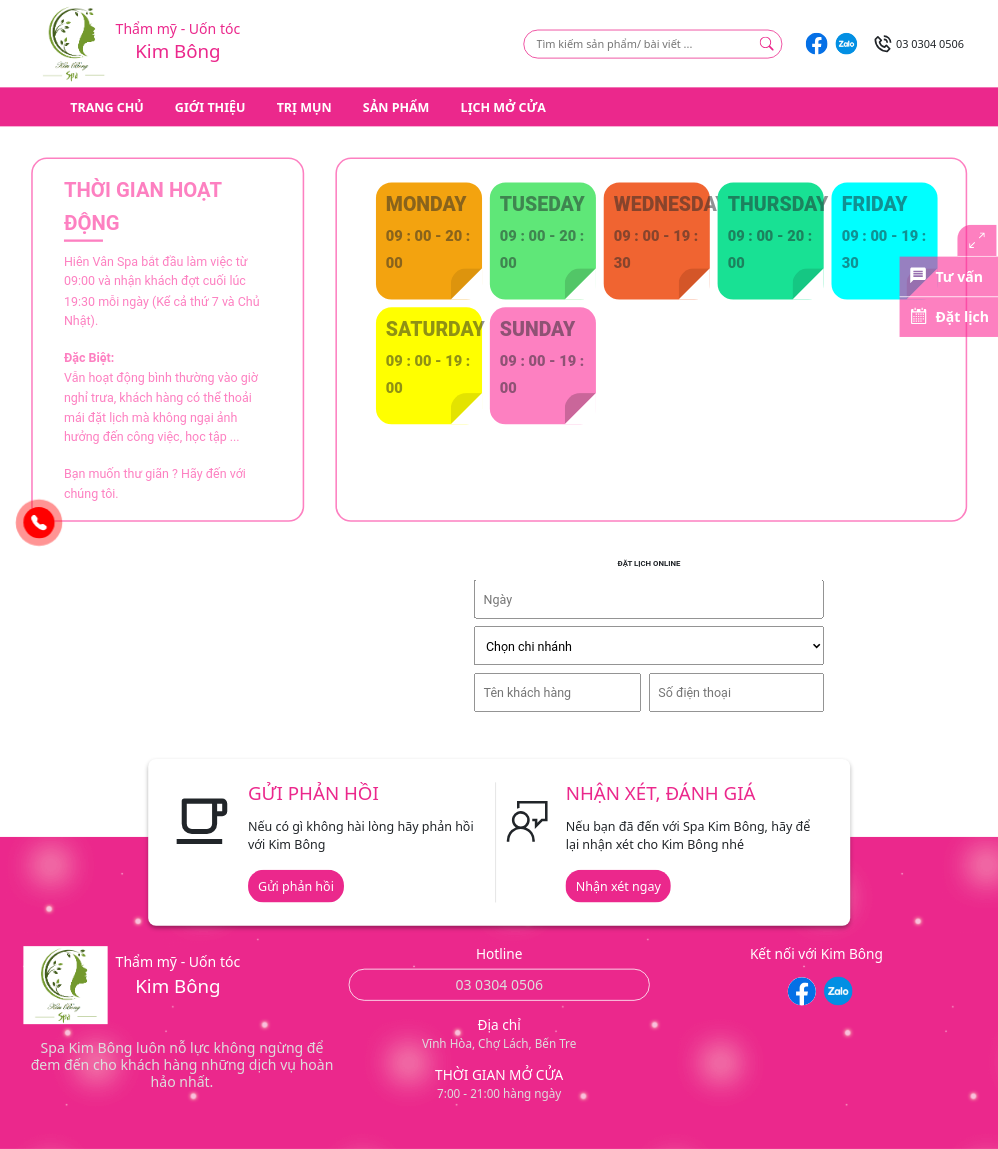
Repository: tranduykhuong/SpaKimBong
Page: /calendar
An editor plug-in stored every save of this project. The page is shown before and after the next save, followed by the edit.
The browser window is 1280 px wide. The pictures show the whole page, at 78% of full size.
The project was rebuilt for these pictures with package versions that can differ from the ones it lists, and the page was loaded fresh each time. Also part of the build but not shown: src/components/Banner/banner.scss, src/components/Banner/Banner.js, src/pages/Home/home.scss, src/pages/Home/ListImage/listImage.scss, src/pages/Home/ListImage/ListImage.js, src/pages/Home/BookOnline/bookOnl.scss, src/pages/Home/BookOnline/Modal/ModalBook/modalbook.scss, src/pages/Home/BookOnline/Modal/ModalBook/modalbook.js and 24 more.

Above is the page before, as saved 2022-06-07 22:59:19.

### src/components/BackToTop/BackToTop.js
import React, { useEffect, useState } from "react";
import "./backToTop.scss";
import { FaRegArrowAltCircleUp } from "react-icons/fa";

const BackToTop = () => {
  const [clicked, setClick] = useState(true);
  const [hiddenArrow, setHiddenArrow] = useState(true);

  useEffect(() => {
    const handleScroll = () => {
      if (window.scrollY > 550) setHiddenArrow(false);
      else setHiddenArrow(true);
    };
    window.addEventListener("scroll", handleScroll);
    return () => {
      window.removeEventListener("scroll", handleScroll);
    };
  }, []);

  useEffect(() => {
    window.scrollTo(0, 0);
  }, [clicked]);

  return (
    <div
      className={"backToTop " + (hiddenArrow ? "" : "show")}
      onClick={() => setClick((prev) => !prev)}
    >
      <FaRegArrowAltCircleUp className="icon" />
    </div>
  );
};

export default BackToTop;

### src/components/PhoneTool/PhoneTool.js
import React from "react";
import "./phoneTool.scss";
import { BsFillTelephoneFill } from "react-icons/bs";

const PhoneTool = () => {
  return (
    <div className="phoneTool">
      <div className="phone">
        <BsFillTelephoneFill className="iconPhone" />
      </div>
      <div className="circle"></div>
    </div>
  );
};

export default PhoneTool;

### src/components/Header/header.scss
@import '../../SCSS/base/variables.scss';
$height-navbar: 5rem;

.header {
    .mg-navbar {
        margin-bottom: $height-navbar;
    }

    .infor {
        max-width: 1200px;
        padding: .6rem 0;
        display: flex;
        justify-content: space-between;
        margin: 0 auto;

        .logo {
            display: flex;
            flex: 1;

            img {
                height: 10rem;
            }

            .nameSpa {
                color: $main-color;
                margin: auto 0;

                h4 {
                    font-size: 1.8rem;
                    font-weight: 500;
                }

                h2 {
                    font-size: 2.4rem;
                }
            }
        }


        .search {
            margin: auto 0;
            border-radius: 50px;
            border: solid .1rem $main-color;
            height: 37px;
            display: flex;

            input {
                font-size: 1.4rem;
                margin: auto 16px;
                min-width: 26rem;
                border: none;
                outline: none;
            }

            .icon {
                margin: auto 10px;
                cursor: pointer;
            }

            .iconSearch {
                width: 1.8rem;
                height: 1.8rem;
                color: $main-color;

                &:hover {
                    color: #f867b2;
                }
            }
        }

        .contact {
            display: flex;
            margin-left: 20px;

            .icon {
                margin: auto 0;
                margin-left: 10px;

            }

            .iconFacebook {
                width: 2.8rem;
                height: 2.8rem;
                color: rgba($color: #0570e6, $alpha: 1.0);
            }

            .iconZalo {
                width: 2.8rem;
                height: 2.8rem;
                border-radius: 50%;
            }

            .phone {
                margin: auto 0;
                margin-left: 20px;
                display: flex;

                .iconPhone {
                    width: 2.6rem;
                    height: 2.6rem;
                }

                h3 {
                    font-size: 1.4rem;
                    font-weight: 500;
                    margin: auto 4px;
                }
            }

        }
    }

    .fixedNavbar {
        position: fixed;
        top: 0;
        left: 0;
        z-index: 50;
        width: 100%;
        animation: fixedNavbar 1s forwards;
    }

    @keyframes fixedNavbar {
        from {
            top: -5rem;
            opacity: 0;
        }

        to {
            top: 0;
            opacity: 1;
        }
    }

    .myNavbar {
        height: $height-navbar;
        background-color: $main-color;

        .navbarContent {
            max-width: 1200px;
            margin: 0 auto;

            .navbarList {
                display: flex;
                margin: 0 1rem;
                // justify-content: space-evenly;

                li {
                    list-style: none;

                    a {
                        line-height: $height-navbar;
                        height: $height-navbar;
                        display: block;
                        color: #fff;
                        font-size: 1.6rem;
                        font-weight: 600;
                        text-decoration: none;
                        padding: 0 2rem;
                    }

                    &:hover {
                        background-color: #f844a1;
                        cursor: pointer;
                    }
                }

                .active {
                    background-color: #dd0876;
                }
            }
        }
    }
}

### src/components/ContactToolbox/contactToolbox.scss
.contactFixed {
    position: fixed;
    top: 50%;
    transform: translateY(-50%);
    right: 0;
    z-index: 100;
    cursor: pointer;

    .toolboxScroll {
        border-top-left-radius: 1.8rem;
        background-color: rgba($color: #fc2c97, $alpha: 0.6);
        width: 5rem;
        padding: 1rem;
        color: #fff;
        transform: translateX(149%);
        border-bottom: 1px solid #fff;

        .iconArrow {
            width: 2rem;
            height: 2rem;
        }
    }

    .toolboxList {
        background-color: rgba($color: #fc2c97, $alpha: 0.6);


        .toolboxItem {
            display: flex;
            padding: 1.2rem;
            color: #fff;

            p {
                font-size: 1.8rem;
                margin: 0;
                padding-left: 1rem;
                font-weight: 600;
            }
        }

        .advise {
            border-bottom: 1px solid #fff;

            .iconMessage {
                width: 2.4rem;
                height: 2.4rem;
            }
        }

        .book {

            .iconCalendar {
                width: 2.4rem;
                height: 2.4rem;
            }
        }
    }

    .hidden {
        animation: toRight 0.8s linear forwards;
    }

    .open {
        animation: toLeft 0.8s linear backwards;
    }

    @keyframes toRight {
        to {
            transform: translateX(62%);
        }
    }

    @keyframes toLeft {
        from {
            transform: translateX(62%);

        }

        to {
            transform: translateX(0);
        }
    }
}

### src/components/BackToTop/backToTop.scss
.backToTop {
    position: fixed;
    bottom: 2rem;
    right: 2rem;
    z-index: 100;
    display: none;

    .icon {
        width: 4rem;
        height: 4rem;
        color: #fa72b8;
        cursor: pointer;
    }
}

.show {
    animation: FadeIn 0.8s forwards;
    display: block;

    @keyframes FadeIn {
        from {
            bottom: 0;
        }

        to {
            bottom: 2rem;
        }
    }
}

### src/components/PhoneTool/phoneTool.scss
.phoneTool {
    position: fixed;
    width: 6rem;
    height: 6rem;
    left: 1rem;
    border-radius: 50%;
    bottom: 3rem;
    z-index: 100;
    cursor: pointer;

    .phone {
        position: absolute;
        z-index: 5;
        top: 34%;
        left: 34%;
        background-color: red;
        padding: 1rem;
        border-radius: 50%;
        animation: phoneSkin 1s infinite ease-in-out;

        .iconPhone {
            height: 2rem;
            width: 2rem;
            color: #fff;

        }

        @keyframes phoneSkin {
            0% {
                transform: rotate(0) scale(1) skew(1deg);
            }

            10% {
                transform: rotate(-25deg) scale(1) skew(1deg);
            }

            20% {
                transform: rotate(25deg) scale(1) skew(1deg);
            }

            30% {
                transform: rotate(-25deg) scale(1) skew(1deg);
            }

            40% {
                transform: rotate(25deg) scale(1) skew(1deg);
            }

            50% {
                transform: rotate(0) scale(1) skew(1deg);
            }

            100% {
                transform: rotate(0) scale(1) skew(1deg);
            }
        }
    }

    .circle {
        position: absolute;
        width: 6rem;
        height: 6rem;
        border-radius: 50%;
        top: 16%;
        left: 16%;
        background-color: rgba($color: rgb(255, 42, 42), $alpha: 0.5);
        animation: zoom 1s infinite;

        @keyframes zoom {
            0% {
                transform: scale(0.9);
            }

            70% {
                transform: scale(1);
                box-shadow: 0 0 0 15px transparent;
            }

            100% {
                transform: scale(0.9);
                box-shadow: 0 0 0 0 transparent;
            }
        }
    }
}

### src/pages/Calendar/calendar.scss
.container-calendar {
  .container-bg-calendar {
    .calendar {
      display: flex;
      width: 100%;
      text-align: left;
      padding: 4rem;
      font-family: "Roboto", sans-serif;

      .calendar-content {
        width: 30%;
        border: solid 2px #fd80c1;
        // border-bottom-left-radius: 20px;
        // border-top-left-radius: 20px;
        // border-top-right-radius: 20px;
        border-radius: 20px;
        padding: 2rem 4rem 0;
        margin-right: 4rem;
        h3 {
          margin: 0 0 13px;
          color: #fd80c1;
          font-size: 26px;
          font-weight: bold;
          line-height: 1.6;
        }

        h3:after {
          content: "";
          display: block;
          width: 5rem;
          height: 0.25rem;
          background: #fd80c1;
        }

        #special {
          color: #fd80c1;
          font-size: 16px;
          line-height: 1.6;
          margin-bottom: 0;
        }

        p {
          margin: 0 0 21px;
          color: #fd80c1;
          font-size: 16px;
          line-height: 1.6;
        }
      }

      .calendar-boxs-day {
        width: 70%;
        border: solid 2px #fd80c1;
        border-radius: 20px;
        padding: 3rem 0 2rem 5rem;

        .calendar-boxs {
          display: flex;
          width: 100%;
          flex-wrap: wrap;

          .calendar-box {
            margin: 0 1rem 1rem 0;
            width: 18%;
            height: 15rem;
            // border: solid 2px #fd80c1;
            // border-bottom-right-radius: 2rem;

            // margin: 10px;
            // width: 300px;
            // height: 200px;
            background-color: #eee;
            border-radius: 20px;
            position: relative;

            p {
              font: 40px "Roboto", sans-serif;
              font-weight: 600;
              opacity: 0.5;
              padding-left: 1.3rem;
              margin-bottom: 0;
            }
          }
          .box1 {
            background-color: rgb(243, 163, 15);

            .times {
              font: 30px "Roboto", sans-serif;
              font-weight: 600;
              opacity: 0.5;
              padding-left: 1.3rem;
              margin-bottom: 0;
            }
          }
          .box1:before {
            content: "";
            position: absolute;
            bottom: 0;
            right: 0;
            border-top: 4rem solid rgb(221, 148, 13);
            border-right: 4rem solid transparent;
            border-left: 0 solid transparent;
            border-top-left-radius: 20px;
          }
          .box1:after {
            content: "";
            position: absolute;
            bottom: 0;
            right: 0;
            border-bottom: 4rem solid white;
            border-left: 4rem solid transparent;
          }

          .box2 {
            background-color: rgb(95, 231, 120);

            .times {
              font: 30px "Roboto", sans-serif;
              font-weight: 600;
              opacity: 0.5;
              padding-left: 1.3rem;
              margin-bottom: 0;
            }
          }
          .box2:before {
            content: "";
            position: absolute;
            bottom: 0;
            right: 0;
            border-top: 4rem solid rgb(82, 198, 103);
            border-right: 4rem solid transparent;
            border-left: 0 solid transparent;
            border-top-left-radius: 20px;
          }
          .box2:after {
            content: "";
            position: absolute;
            bottom: 0;
            right: 0;
            border-bottom: 4rem solid white;
            border-left: 4rem solid transparent;
          }

          .box3 {
            background-color: rgb(240, 100, 49);

            .times {
              font: 30px "Roboto", sans-serif;
              font-weight: 600;
              opacity: 0.5;
              padding-left: 1.3rem;
              margin-bottom: 0;
            }
          }
          .box3:before {
            content: "";
            position: absolute;
            bottom: 0;
            right: 0;
            border-top: 4rem solid rgb(212, 86, 40);
            border-right: 4rem solid transparent;
            border-left: 0 solid transparent;
            border-top-left-radius: 20px;
          }
          .box3:after {
            content: "";
            position: absolute;
            bottom: 0;
            right: 0;
            border-bottom: 4rem solid white;
            border-left: 4rem solid transparent;
          }

          .box4 {
            background-color: rgb(24, 225, 148);

            .times {
              font: 30px "Roboto", sans-serif;
              font-weight: 600;
              opacity: 0.5;
              padding-left: 1.3rem;
              margin-bottom: 0;
            }
          }
          .box4:before {
            content: "";
            position: absolute;
            bottom: 0;
            right: 0;
            border-top: 4rem solid rgb(21, 199, 131);
            border-right: 4rem solid transparent;
            border-left: 0 solid transparent;
            border-top-left-radius: 20px;
          }
          .box4:after {
            content: "";
            position: absolute;
            bottom: 0;
            right: 0;
            border-bottom: 4rem solid white;
            border-left: 4rem solid transparent;
          }

          .box5 {
            background-color: aqua;

            .times {
              font: 30px "Roboto", sans-serif;
              font-weight: 600;
              opacity: 0.5;
              padding-left: 1.3rem;
              margin-bottom: 0;
            }
          }
          .box5:before {
            content: "";
            position: absolute;
            bottom: 0;
            right: 0;
            border-top: 4rem solid rgb(0, 213, 213);
            border-right: 4rem solid transparent;
            border-left: 0 solid transparent;
            border-top-left-radius: 20px;
          }
          .box5:after {
            content: "";
            position: absolute;
            bottom: 0;
            right: 0;
            border-bottom: 4rem solid white;
            border-left: 4rem solid transparent;
          }

          .box6 {
            background-color: yellow;

            .times {
              font: 30px "Roboto", sans-serif;
              font-weight: 600;
              opacity: 0.5;
              padding-left: 1.3rem;
              margin-bottom: 0;
            }
          }
          .box6:before {
            content: "";
            position: absolute;
            bottom: 0;
            right: 0;
            border-top: 4rem solid rgb(227, 227, 1);
            border-right: 4rem solid transparent;
            border-left: 0 solid transparent;
            border-top-left-radius: 20px;
          }
          .box6:after {
            content: "";
            position: absolute;
            bottom: 0;
            right: 0;
            border-bottom: 4rem solid white;
            border-left: 4rem solid transparent;
          }

          .box7 {
            background-color: #fd80c1;

            .times {
              font: 30px "Roboto", sans-serif;
              font-weight: 600;
              opacity: 0.5;
              padding-left: 1.3rem;
              margin-bottom: 0;
            }
          }
          .box7:before {
            content: "";
            position: absolute;
            bottom: 0;
            right: 0;
            border-top: 4rem solid #ca669a;
            border-right: 4rem solid transparent;
            border-left: 0 solid transparent;
            border-top-left-radius: 20px;
          }
          .box7:after {
            content: "";
            position: absolute;
            bottom: 0;
            right: 0;
            border-bottom: 4rem solid white;
            border-left: 4rem solid transparent;
          }
        }
      }
    }

    .book-calendar {
      display: flex;
      width: 100%;
      font-family: "Roboto", sans-serif;

      .book-calendar-content {
        width: 30%;
      }

      .book-calendar-form {
        width: 70%;

        .book-title{
          p{
            font-size: 16px;
          }
        }

        .day-book {
          margin-bottom: 1rem;

          input {
            padding: 1rem;
            font-size: 16px;
            width: 50%;
            height: 5rem;
          }
        }

        .branch {
          margin-bottom: 1rem;

          select {
            padding: 1rem;
            font-size: 16px;
            width: 50%;
            height: 5rem;

            option {
              font-size: 16px;
            }
          }
        }

        .name-tel {
          display: flex;
          text-align: center;
          justify-content: center;

          .name-cus {
            width: 25%;
            padding-right: 1rem;
            input {
              padding: 1rem;
              font-size: 16px;
              width: 100%;
              height: 5rem;
            }
          }

          .tel-cus {
            width: 25%;

            input {
              padding: 1rem;
              font-size: 16px;
              width: 100%;
              height: 5rem;
            }
          }
        }
      }
    }
  }
}

### src/SCSS/base/variables.scss
$main-color: #eb288c;
$text-color: #444;
$title-color: #fff;

### src/components/Footer/footer.scss
@import '../../SCSS/base/variables.scss';

.footer {
    background-image: url(../../../public/img/sparkle1.png), url(../../../public/img/sparkle2.png);
    width: 100%;
    height: 400px;
    background-color: $main-color;
    animation: sparkle 60s linear infinite;
    padding: 14rem 3rem 0;
    display: flex;
    justify-content: space-around;
    position: relative;
    margin-top: 16rem;

    .logo {
        flex: 1;

        .info {
            display: flex;

            img {
                height: 10rem;
            }

            .nameSpa {
                color: $title-color;
                margin: 1rem;

                h4 {
                    font-size: 1.8rem;
                    font-weight: 500;
                }

                h2 {
                    font-size: 2.4rem;
                }
            }
        }

        h5 {
            margin: 2rem .6rem;
            font-size: 1.8rem;
            font-weight: 400;
            color: #ddd;
        }
    }

    .contact {
        flex: 1;
        text-align: center;

        h3 {
            margin-bottom: 1.8rem;
            color: $title-color;
        }

        .icon {
            margin: auto 0;
            margin-left: 10px;

        }

        .iconFacebook {
            width: 3.6rem;
            height: 3.6rem;
            color: rgba($color: #0570e6, $alpha: 1.0);
            background-color: $title-color;
            border-radius: 50%;
        }

        .iconZalo {
            width: 3.7rem;
            height: 3.7rem;
            border-radius: 50%;
        }
    }

    .address {
        color: #ddd;
        flex: 1;
        text-align: center;

        h3 {
            // margin-bottom: 2rem;
            color: $title-color;
        }

        h4 {
            margin-bottom: 2rem;
        }

        .hotline {
            padding: .6rem;
            font-size: 1.8rem;
            margin: .8rem 1rem 2rem;
            border: 1px solid $title-color;
            border-radius: 2rem;

            &:hover {
                color: $title-color;
                cursor: pointer;
            }
        }
    }

    @keyframes sparkle {
        0% {
            background-position: 0px 0px, 0px 0px, 0px 0px;
        }

        100% {
            background-position: -500px -1000px, -400px -400px, 300px 300px;
        }
    }

    .subFooter {
        width: 100%;
        max-width: 90rem;
        min-height: 20rem;
        box-shadow: 0 3px 6px -4px rgba(0, 0, 0, 0.2), 0 3px 6px rgba(0, 0, 0, 0.3);

        background-color: #fff;
        border-radius: 1rem;
        z-index: 50;
        top: -10rem;
        left: 50%;
        transform: translateX(-50%);
        position: absolute;
        display: flex;
        padding: 3rem;
        justify-content: space-around;

        .report,
        .feedback {
            display: flex;
            flex: 1;
            justify-content: center;
            text-align: left;

            h3 {
                text-transform: uppercase;
                font-size: 2.4rem;
                color: $main-color;
            }

            p {
                font-size: 1.6rem;
                padding: 1rem 1.4rem 1rem 0;
            }

            .icon {
                height: 10rem;
                width: 10rem;
                margin-right: 2rem;
            }

            .btn {
                padding: 0.8rem 1.2rem;
                background-color: $main-color;
                border-radius: 2rem;
                font-size: 1.6rem;
                color: #fff;

                &:hover {
                    background-color: #cc1574;
                }
            }
        }

        .report {
            border-right: 1px solid #ddd;
        }

        .feedback {
            margin-left: 1rem;
        }
    }
}

Loaded but not shown: public/index.html (common file); src/index.js (common file); src/index.css (common file); src/reportWebVitals.js (common file); src/App.scss (common file); src/pages/Calendar/Calendar.js (136 lines, source omitted); src/components/Header/Header.js (92 lines, source omitted); src/components/Footer/Footer.js (68 lines, source omitted); src/App.js (35 lines, source omitted); src/components/ContactToolbox/ContactToolbox.js (29 lines, source omitted)

After the next save:
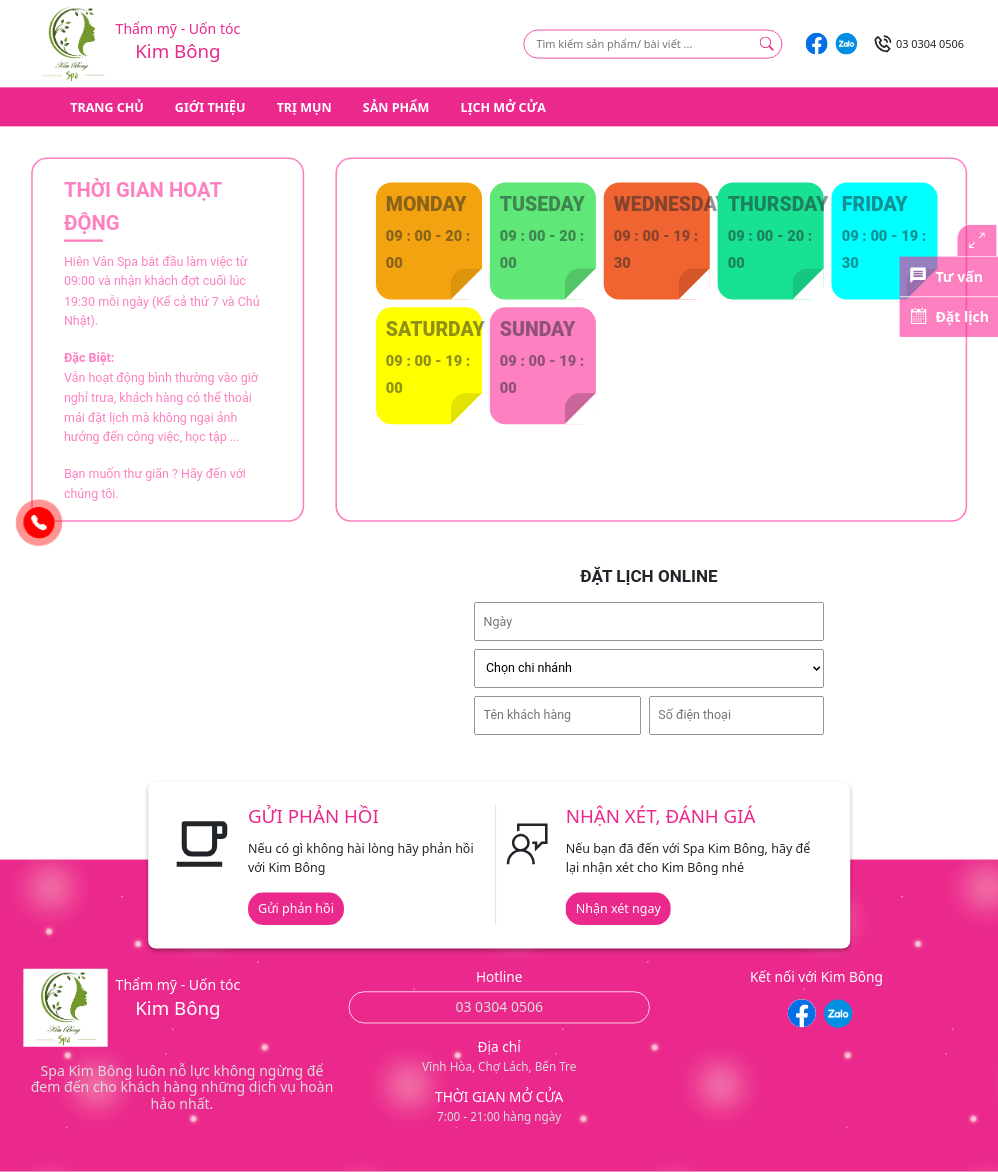
Saved 8 s later.
--- a/src/pages/Calendar/calendar.scss
+++ b/src/pages/Calendar/calendar.scss
@@ -307,7 +307,7 @@
 
         .book-title{
           p{
-            font-size: 16px;
+            font-size: 35px;
           }
         }
 
